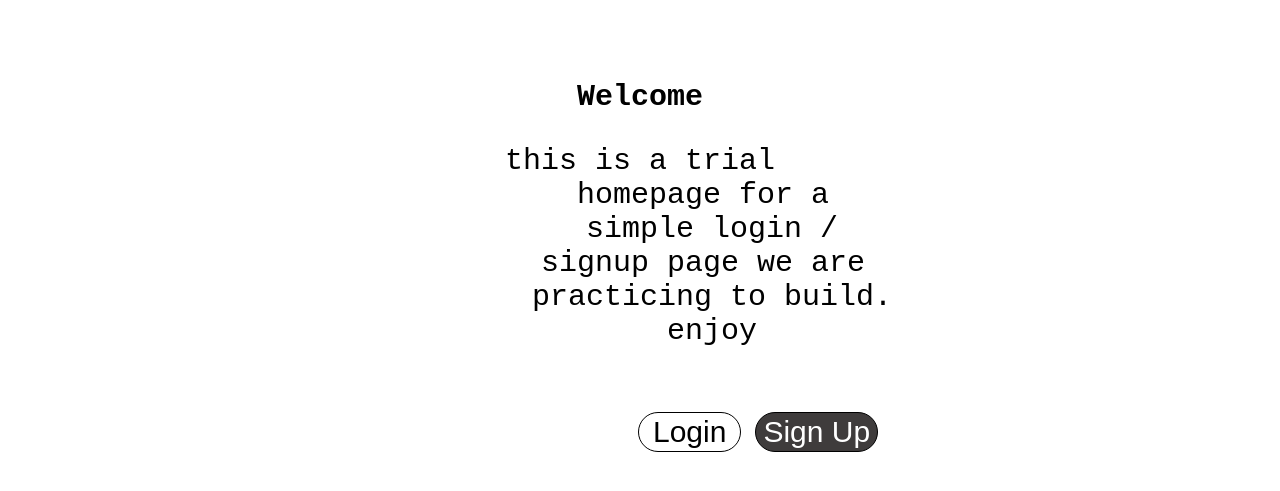
Repository: yhung004/TUTORIAL_PAGE
Page: home.html
An editor plug-in stored every save of this project. The page is shown before and after the next save, followed by the edit.
The browser window is 1280 px wide. The pictures show the whole page.

Above is the page before, as saved 2024-04-10 02:02:41.

### home.html
<!DOCTYPE html>
<html lang="en">
<head>
    <meta charset="UTF-8">
    <meta name="viewport" content="width=device-width, initial-scale=1.0">
    <title>Document</title>
    <link rel="stylesheet" href="main.css">
</head>
<body>
    <h3 class="welcome">Welcome</h3>
    <pre class="welcome_text">this is a trial
        homepage for a
        simple login /
        signup page we are
        practicing to build.
        enjoy
    </pre>
    <button class="button_a">
       <a href="#" class="button_a1">Login</a>
    </button>
    <button class="button_b">
        <a href="#" class="button_b1">Sign Up</a>
    </button>
</body>
</html>

### main.css
.welcome{
    text-align: center;
    font-family: 'Courier New', Courier, monospace;
    font-size: 30px;
    margin-top: 80px;
}
.welcome_text {
    text-align:center;
    font-family: 'Courier New', Courier, monospace;
    font-size: 30px;
}
.button_a {
    position: relative;
    left: 630px;
    border: 1px solid black;
    background-color:white;
    border-radius: 20px;
    font-size: 30px;
    padding: 2px 14px 2px 14px;
}
.button_b {
    position: relative;
    right: -640px;
    border : 1px solid black;
    border-radius: 20px;
    background-color: rgb(63, 60, 60);
    color:white;
    font-size: 30px;
    padding: 2px 7px 2px 7px;
}
a.button_b1 {
    text-decoration: none;
    color:white;
}
a.button_a1 {
    text-decoration:none;
    color:black;
}

After the next save:
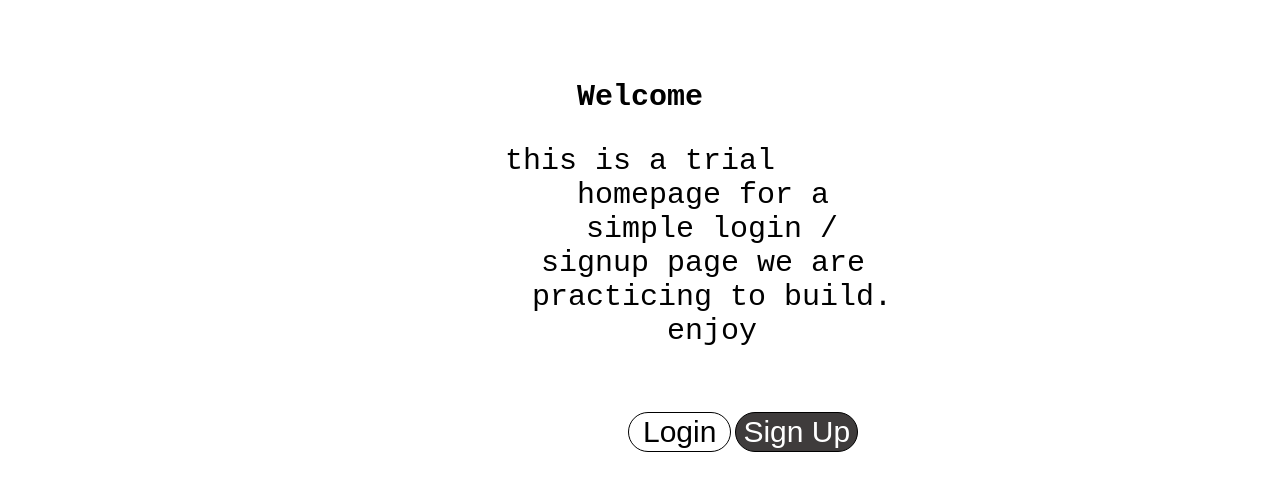
Saved 12 s later.
--- a/main.css
+++ b/main.css
@@ -11,7 +11,7 @@
 }
 .button_a {
     position: relative;
-    left: 630px;
+    left: 620px;
     border: 1px solid black;
     background-color:white;
     border-radius: 20px;
@@ -20,7 +20,7 @@
 }
 .button_b {
     position: relative;
-    right: -640px;
+    right: -620px;
     border : 1px solid black;
     border-radius: 20px;
     background-color: rgb(63, 60, 60);
